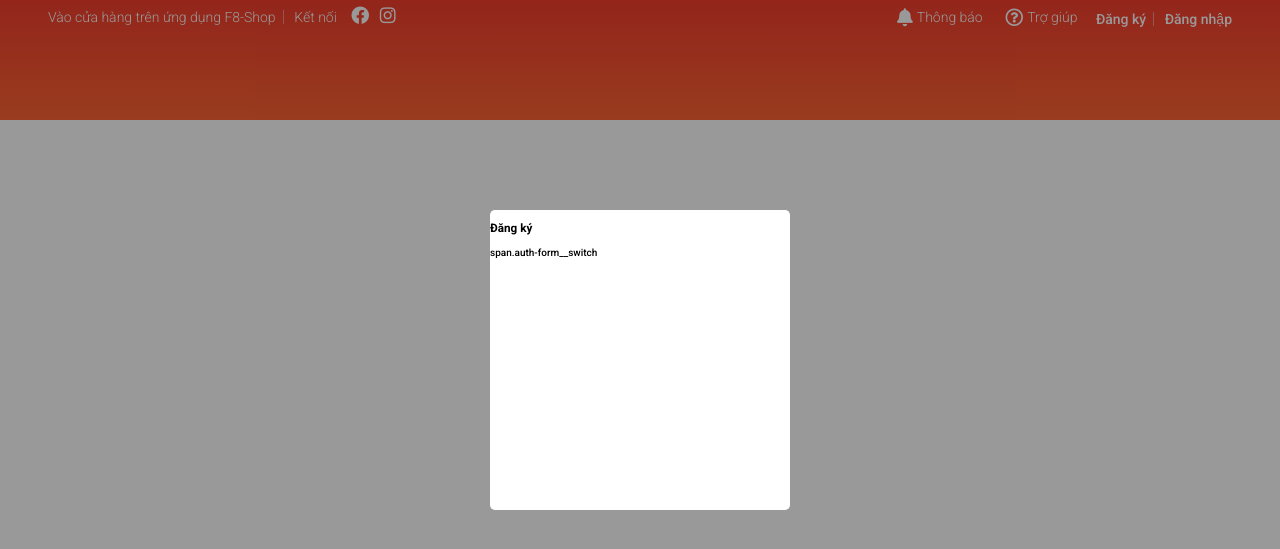
Repository: vanhaibdh/web-demo-site
Page: index.html
The author's editor kept a copy of each file at every save. The page is drawn from the files as they stood at one save, then again after the next save.
The browser window is 1280 px wide. The pictures show the whole page.

Above is the page before, as saved 2021-09-13 23:53:01.

### index.html
<!DOCTYPE html>
<html lang="en">
<head>
    <meta charset="UTF-8">
    <meta http-equiv="X-UA-Compatible" content="IE=edge">
    <meta name="viewport" content="width=device-width, initial-scale=1.0">
    <title>Web-base</title>
    <link rel="stylesheet" href="./assets/css/reset.css">
    <link rel="stylesheet" href="./assets/css/base.css">
    <link rel="stylesheet" href="./assets/css/main.css">
    <link href="./assets/fonts/fontawesome/css/all.min.css" rel="stylesheet">
    <link rel="preconnect" href="https://fonts.googleapis.com">
<link rel="preconnect" href="https://fonts.gstatic.com" crossorigin>
<link href="https://fonts.googleapis.com/css2?family=Roboto:wght@100;300;500;700&display=swap" rel="stylesheet">

</head>
<body>
    <div class="app">
        <div class="header">
            <div class="grid">
                <nav class="header__navbar">
                    <ul class="header__navbar-list">
                        <li class="header__navbar-item
                         header__navbar-item-has-qr
                         header__navbar-item--separate">Vào cửa hàng trên ứng dụng F8-Shop
                            <div class="header__qr">
                                <img src="./assets/img/qrcode.png" alt="qr-code" class="header__qr-img">
                                <div class="header__qr-apps">
                                    <a href="" class="header__qr-link">
                                        <img src="./assets/img/appstore.png" alt="App Store" class="header__qr-download-img">
                                    </a>
                                    <a href="" class="header__qr-link">
                                        <img src="./assets/img/google.png" alt="Google Play" class="header__qr-download-img">
                                    </a>
                                </div>
                            </div>
                        </li>
                        <li class="header__navbar-item"><span class="header__navbar-item--no-pointer">Kết nối</span></li>
                        <a href="" class="header__navbar-icon-link"><i class="header__navbar-icon fab fa-facebook"></i></a>
                        <a href="" class="header__navbar-icon-link"><i class="header__navbar-icon fab fa-instagram"></i></a>
                    </ul>
                    <ul class="header__navbar-list">
                        <li class="header__navbar-item header__navbar-item--has-notify">
                            <a href="" class="header__navbar-item-link "><i class="header__navbar-icon fas fa-bell"></i>Thông báo</a>
                            <div class="header__notify">
                                 <header class="header__notify-header">
                                     <h3>Thông báo mới nhận</h3>
                                 </header>
                                 <ul class="header__notify-list">
                                     <li class="header__notify-item">
                                         <a href="" class="header__notify-link">
                                             <img src="./assets/img/maypham1.jpg" alt="My Pham 1" class="header__notify-img">
                                             <div class="header__notify-info">
                                                 <span class="header__notify-name">Mỹ phẩm Ohui chính hãng </span>
                                                 <span class="header__notify-description">Mô tả Mỹ phẩm Ohui chính hãng</span>
                                             </div>
                                         </a>
                                     </li>
                                     <li class="header__notify-item">
                                        <a href="" class="header__notify-link">
                                            <img src="./assets/img/maypham2.jpg" alt="My Pham 2" class="header__notify-img">
                                            <div class="header__notify-info">
                                                <span class="header__notify-name">Mỹ phẩm Ohui chính hãng </span>
                                                <span class="header__notify-description">Mô tả Mỹ phẩm Ohui chính hãng</span>
                                            </div>
                                        </a>
                                    </li>
                                    <li class="header__notify-item header__notify-item--viewed">
                                        <a href="" class="header__notify-link">
                                            <img src="./assets/img/maypham3.jpg" alt="My Pham 3" class="header__notify-img">
                                            <div class="header__notify-info">
                                                <span class="header__notify-name">Mỹ phẩm Ohui chính hãng </span>
                                                <span class="header__notify-description">Mô tả Mỹ phẩm Ohui chính hãng</span>
                                            </div>
                                        </a>
                                    </li>
                                    <li class="header__notify-item">
                                        <a href="" class="header__notify-link">
                                            <img src="./assets/img/maypham4.jpg" alt="My Pham 4" class="header__notify-img">
                                            <div class="header__notify-info">
                                                <span class="header__notify-name">Mỹ phẩm Ohui chính hãng </span>
                                                <span class="header__notify-description">Lorem, ipsum dolor sit amet consectetur adipisicing elit. Accusamus laudantium consectetur quidem, ut quos expedita ea, dolorem, officiis quia molestias iusto alias dolorum cum totam omnis laborum tenetur temporibus ipsa!</span>
                                            </div>
                                        </a>
                                    </li>
                                    <li class="header__notify-item">
                                        <a href="" class="header__notify-link">
                                            <img src="./assets/img/maypham5.jpg" alt="My Pham 5" class="header__notify-img">
                                            <div class="header__notify-info">
                                                <span class="header__notify-name">Mỹ phẩm Ohui chính hãng </span>
                                                <span class="header__notify-description">Mô tả Mỹ phẩm Ohui chính hãng</span>
                                            </div>
                                        </a>
                                    </li>
                                 </ul>
                                 <footer class="header__notify-footer">
                                     <a href="" class="header__notify-footer-btn">Xem tất cả</a>
                                 </footer>
                            </div>
                        </li>
                        <li class="header__navbar-item">
                            <a href="" class="header__navbar-item-link"><i class="header__navbar-icon far fa-question-circle"></i>Trợ giúp</a>
                        </li>
                        <li class="header__navbar-item header__navbar-item--strong header__navbar-item--separate">Đăng ký</li>
                        <li class="header__navbar-item header__navbar-item--strong">Đăng nhập</li>
                    </ul>
                </nav>
            </div>
        </div>

        <div class="container">

        </div>

        <div class="footer">

        </div>
        <!-- modal layout -->
        <div class="modal">
            <div class="modal__overlay"></div>
            <div class="modal__body">
                <div class="modal__inner">
                    <!-- form authentication -->
                    <div class="auth-form">
                        <div class="auth-form__header">
                            <h3 class="auth-form__heading">Đăng ký</h3>
                            span.auth-form__switch
                        </div>

                    </div>
                </div>
            </div>
        </div>
    </div>
</body>
</html>

### assets/css/base.css
:root {
    --primary-color : rgb(238, 75, 43);
    /* --primary-color-rgba : rgba(238, 75, 43, .7); */
    --white-color : #fff;
    --black-color : #000;
    --text-color : #333;
}

*{
    box-sizing: inherit;
}

html {
    /* hack css */
    font-size: 62.5%;
    line-height: 1.6 rem;
    font-family: 'Roboto', sans-serif;
    box-sizing: border-box;
}

.grid {
    width: 1200px;
    max-width: 100%;
    margin: 0 auto;
}

.grid__full-width {
    width: 100%;
}

.grid__row {
    display: flex;
    flex-wrap: wrap;
}

/* Animation */

@keyframes fadeIn{
    from {
        opacity: 0;
    }
    to {
        opacity: 1;
    }
}

/* modal CSS */
.modal {
    position: fixed;
    top:0;
    right: 0;
    bottom: 0;
    left: 0;
    display: flex;
}
.modal__overlay {
    position: absolute;
    width: 100%;
    height: 100%;
    background-color: rgba(0, 0, 0, 0.4);
    z-index: 2;
}

.modal__body {
    width: 300px;
    height: 300px;
    background-color: var(--white-color);
    margin: auto;
    position: relative;
    z-index: 3;
    border-radius: 5px;
}

### assets/css/main.css
.header {
    height: 120px;
    background-image: linear-gradient(0, #fe6433, #f53e2d);
}

.header__navbar {
    display: flex;
    justify-content: space-between;
}
.header__navbar-list {
    list-style: none;
    padding-left: 0;
    margin-top: 4px;
}

.header__navbar-item {
    position: relative;
    margin: 0 8px;
    min-height: 2.6rem;
}

.header__navbar-item,
.header__navbar-item-link {
    display: inline-block;
    font-size: 1.4rem;
    color: var(--white-color);
    text-decoration: none;
    font-weight: 300;
}

.header__navbar-item,
.header__navbar-item-link,
.header__navbar-icon {
    display: inline-flex;
    align-items: center;
}

.header__navbar-item:hover,
.header__navbar-icon-link:hover,
.header__navbar-item-link:hover {
    cursor: pointer;
    color: rgba(255, 255, 255, 0.7);
}

.header__navbar-item--strong {
    font-weight: 400;
}

.header__navbar-item--separate::after {
    content: "";
    display: block;
    position: absolute;
    border-left: 1px solid #fb9086;
    height: 14px;
    right: -8px;
    top: 50%;
    transform: translateY(-50%);
}

.header__navbar-icon-link {
    color: var(--white-color);
    text-decoration: none;
}

.header__navbar-icon {
    font-size: 1.8rem;
    margin : 0 4px;
}

.header__navbar-item--no-pointer {
    cursor: default ;
    color: var(--white-color);
}

/* header QR code */
.header__qr {
    background-color: var(--white-color);
    width: 186px;
    position: absolute;
    left: 0;
    top: 118%;
    padding: 8px;
    border-radius: 2px;
    display: none;
    animation: fadeIn ease 0.5s;
}

.header__qr::before {
    content: "";
    position: absolute;
    left: 0;
    top: -18px;
    width: 100%;
    height: 20px;
    display: block;

}

.header__qr-img {
    width: 100%;
}

.header__qr-apps {
    display: flex;
    justify-content: space-between;
}

.header__qr-link:first-child {
    margin-left: 11px;
}

.header__qr-link:last-child {
    margin-right: 11px;
}
.header__qr-download-img {
    height: 14px;
}

.header__navbar-item-has-qr:hover .header__qr {
    display: block;
}

.header__navbar-item--has-notify:hover .header__notify {
    display: block;
}
/* header notification */
.header__notify {
    position: absolute;
    margin-top: 6px;
    width: 404px;
    top: 100%;
    right: 0;
    background-color: var(--white-color);
    border: 1px solid #d3d3d3;
    animation: headerNotifyGrowth ease-in 0.25s ;
    transform-origin: calc(100% - 20px) top;
    will-change: opacity , transform;
    display: none;
}

@keyframes headerNotifyGrowth {
    from{
        opacity: 0;
        transform: scale(0);
    }
    to {
        opacity: 1;
        transform: scale(1);
    }
}

.header__notify::before{
    content: "";
    border-style: solid;
    border-width: 20px 26px;
    border-color: transparent transparent var(--white-color) transparent;
    position: absolute;
    right: 10px;
    top: -30px
}

.header__notify::after {
    content: "";
    display: block;
    position: absolute;
    right: 0;
    top: -26px;
    width: 90px;
    height: 40px;
    background: transparent;
}

.header__notify-header {
    height: 40px;
    background-color: var(--white-color);
}

.header__notify-header h3 {
    color: #999;
    margin: 0;
    font-weight: 400;
    font-size: 1.4rem;
    line-height: 40px;
    margin: 0 0 0 12px;
    cursor: text;
    user-select: none;
}

.header__notify-list {
    padding-left: 0;
    display: flex;
    flex-wrap: wrap;
}

.header__notify-item {
    display: flex;
    width: 100%;
}

.header__notify-item:hover {
    background-color: #f7f7f7;
}
.header__notify-item--viewed {
    background-color: rgba(238, 75, 43, .09);
}

.header__notify-link {
    display: flex;
    width: 100%;
    padding: 12px;
    text-decoration: none;

}

.header__notify-img {
    width: 48px;
    object-fit: contain;
}

.header__notify-info {
    margin-left: 12px;
    /* display: flex;
    flex-direction: column;
    justify-content: space-between; */
}

.header__notify-name {
    display: block;
    font-size: 1.4rem;
    color: var(--text-color);
    font-weight: 400;
    align-self: start;
    line-height: 1.8rem;
}

.header__notify-description {
    display: block;
    font-size: 1.2rem;
    line-height: 1.6rem;
    color: #756f6e;
    align-self: flex-end;
    margin-top: 4px;
}

.header__notify-footer {
    display: flex;
}

.header__notify-footer-btn {
    text-decoration: none;
    color: var(--text-color);
    font-size: 1.4rem;
    font-weight: 400;
    padding: 4px 0px;
    width: 100%;
    text-align: center;
}

Loaded but not shown: assets/css/reset.css (common file); assets/fonts/fontawesome/css/all.min.css (library)

After the next save:
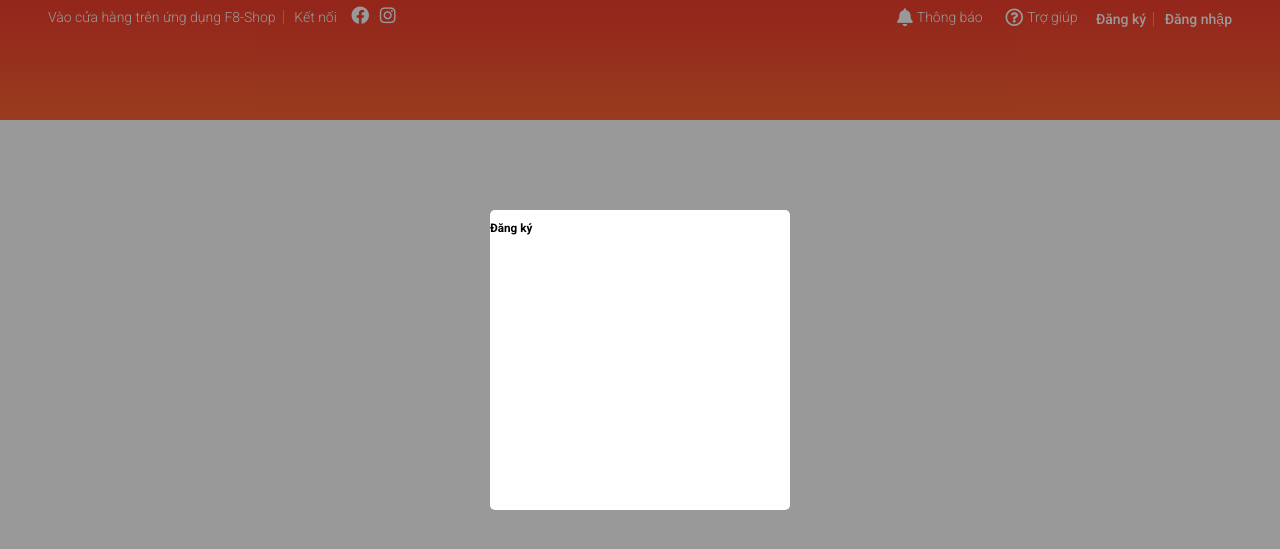
Saved 4 s later.
--- a/index.html
+++ b/index.html
@@ -124,7 +124,7 @@
                     <div class="auth-form">
                         <div class="auth-form__header">
                             <h3 class="auth-form__heading">Đăng ký</h3>
-                            span.auth-form__switch
+                            <span class="auth-form__switch-btn"></span>
                         </div>
 
                     </div>
